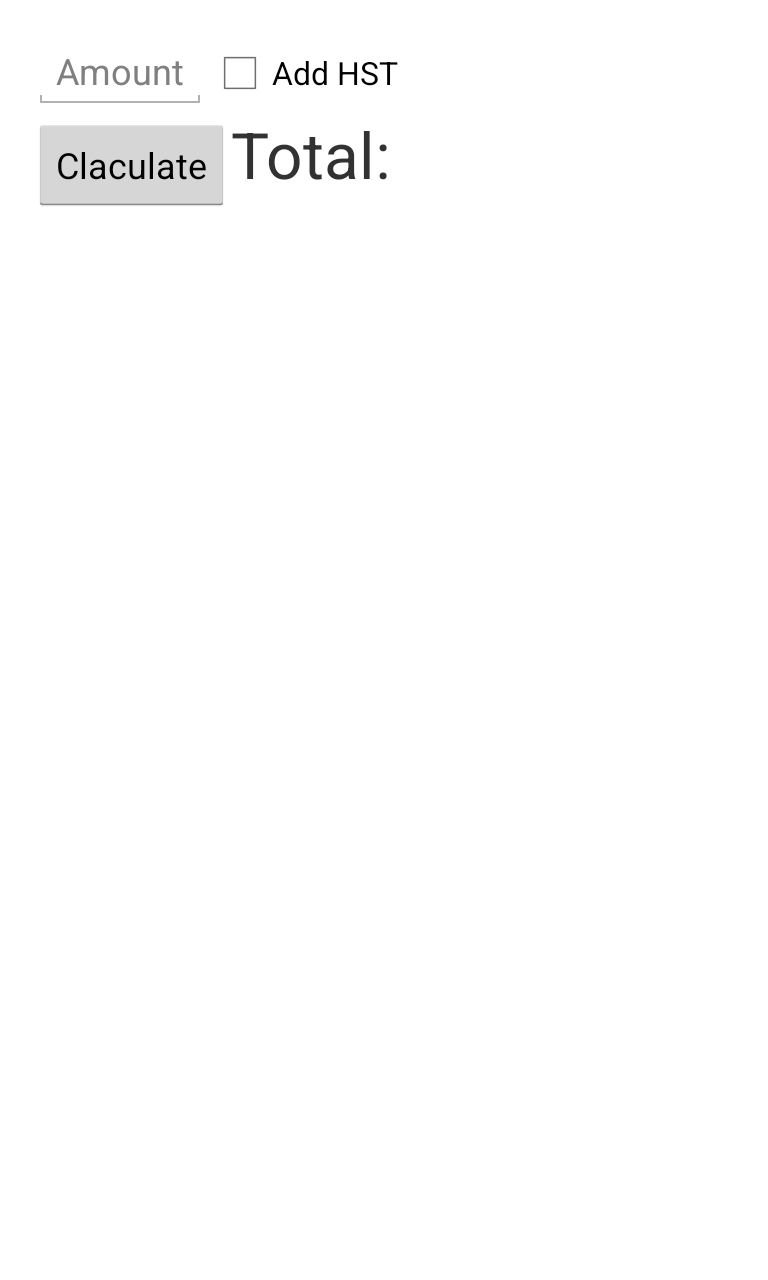
Repository: ericMedeiros93/Android-Dev
Layout: week3_1/res/layout/activity_main.xml
An editor plug-in stored every save of this project. The layout is shown before and after the next save, followed by the edit.
It is drawn on a 768 x 1280 px phone screen (xhdpi) without system bars, with theme AppTheme; the app's code is not run.

Above is the layout before, as saved 2014-09-17 15:31:03.

### week3_1/res/layout/activity_main.xml
<LinearLayout xmlns:android="http://schemas.android.com/apk/res/android"
    xmlns:tools="http://schemas.android.com/tools"
    android:layout_width="match_parent"
    android:layout_height="match_parent"
    android:orientation="vertical"
    android:paddingBottom="@dimen/activity_vertical_margin"
    android:paddingLeft="@dimen/activity_horizontal_margin"
    android:paddingRight="@dimen/activity_horizontal_margin"
    android:paddingTop="@dimen/activity_vertical_margin"
    tools:context="com.ericmedeiros.week3_1.MainActivity" >

    <LinearLayout
        android:layout_width="match_parent"
        android:layout_height="wrap_content"
        android:orientation="horizontal" >

        <EditText
            android:id="@+id/edtAmount"
            android:layout_width="wrap_content"
            android:layout_height="wrap_content"
            android:hint="Amount"/>

        <CheckBox
            android:id="@+id/chkAddHst"
            android:layout_width="wrap_content"
            android:layout_height="wrap_content"
            android:text="Add HST" />
    </LinearLayout>

    <LinearLayout
        android:layout_width="match_parent"
        android:layout_height="wrap_content"
        android:orientation="horizontal" >

        <Button
            android:id="@+id/btnCalculate"
            android:layout_width="wrap_content"
            android:layout_height="wrap_content"
            android:text="Claculate" />

        <TextView
            android:id="@+id/txtResult"
            android:layout_width="wrap_content"
            android:layout_height="wrap_content"
            android:textSize="32sp"
            android:text="Total:" />
    </LinearLayout>

</LinearLayout>

Loaded but not shown: week3_1/res/values/styles.xml (common file); week3_1/res/values-v11/styles.xml (common file); week3_1/res/values-v14/styles.xml (common file); week3_1/res/values/dimens.xml (common file); week3_1/res/values-w820dp/dimens.xml (common file)

After the next save:
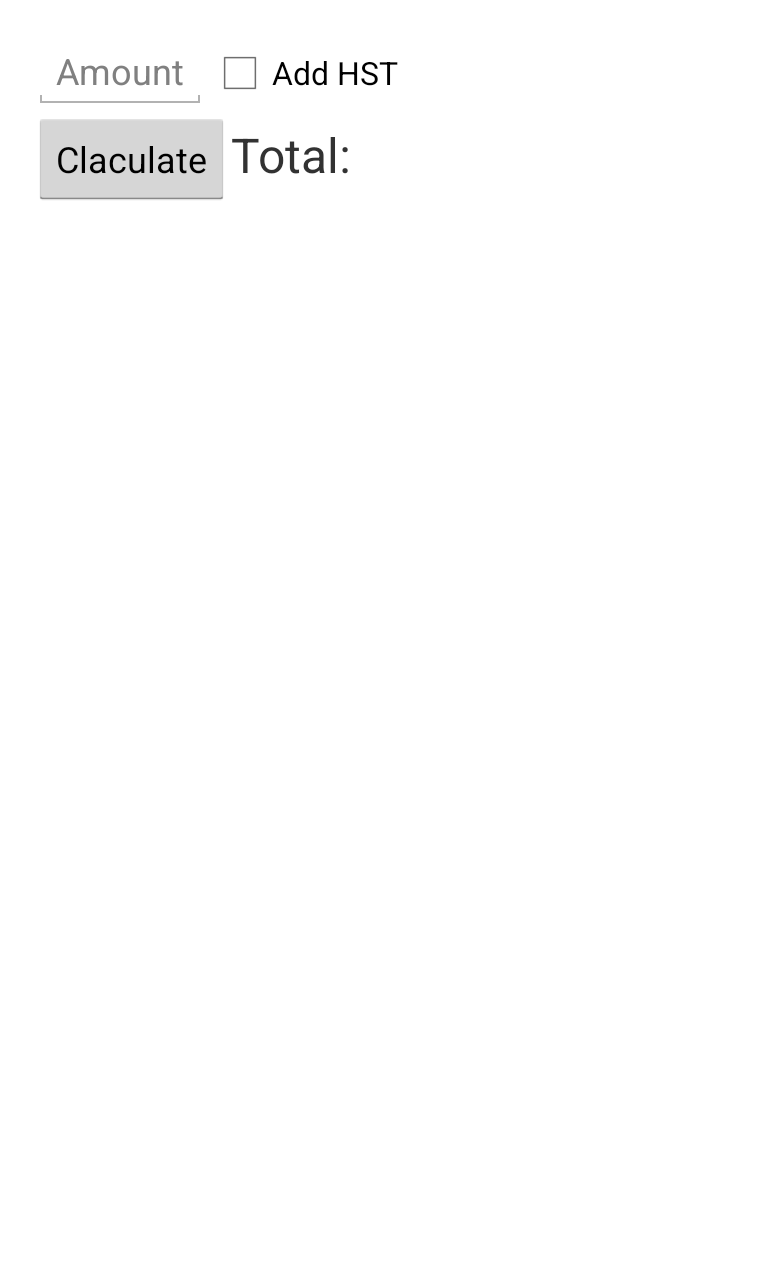
Saved 8 s later.
--- a/week3_1/res/layout/activity_main.xml
+++ b/week3_1/res/layout/activity_main.xml
@@ -42,7 +42,7 @@
             android:id="@+id/txtResult"
             android:layout_width="wrap_content"
             android:layout_height="wrap_content"
-            android:textSize="32sp"
+            android:textSize="24sp"
             android:text="Total:" />
     </LinearLayout>
 
